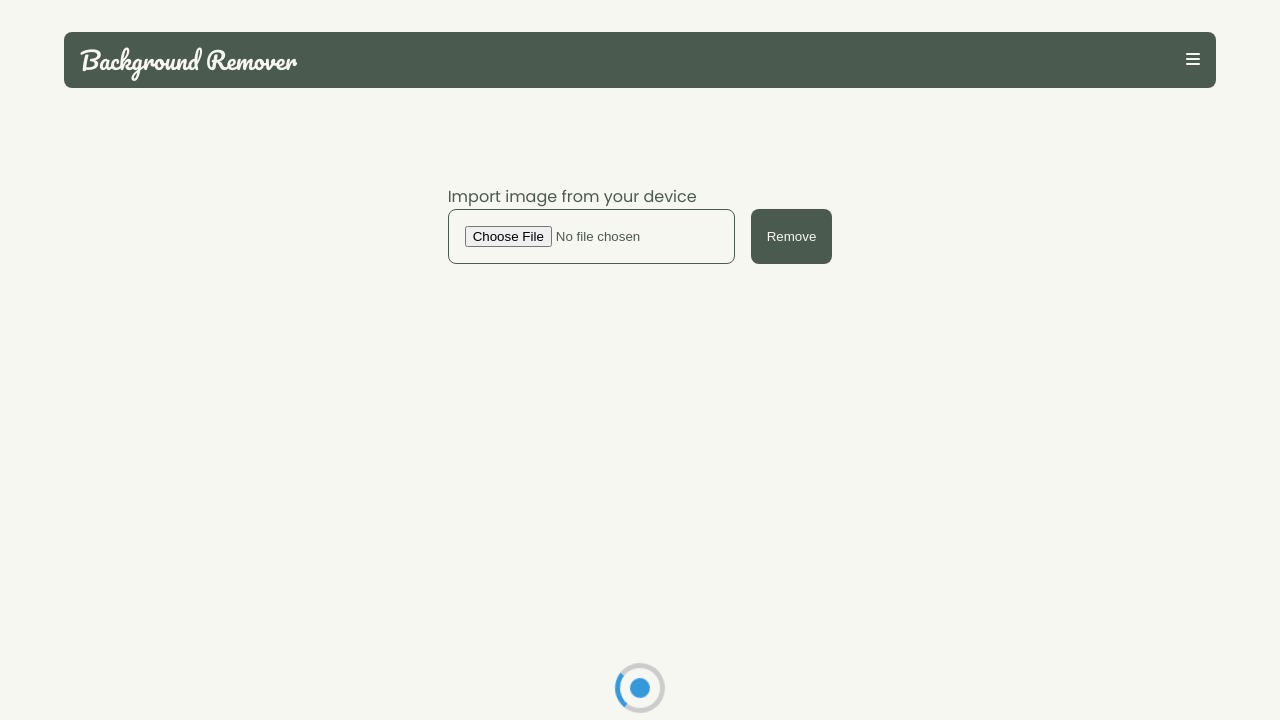
Repository: Oyasikelly/backgroundremover
Page: /
These files come from the project's save history. The page is drawn as it stood at one moment and after the next save; the edit follows.
The browser window is 1280 px wide. The pictures show the whole page.
An inner scrolling area shows only its first screen. Some web libraries are served in a nearby version. The project was rebuilt for these pictures with package versions that can differ from the ones it lists, and the page was loaded fresh each time. Also part of the build but not shown: vite.config.js, src/Components/SavedImages.jsx.

Above is the page before, as saved 2024-12-18 13:30:07.

After the next save:
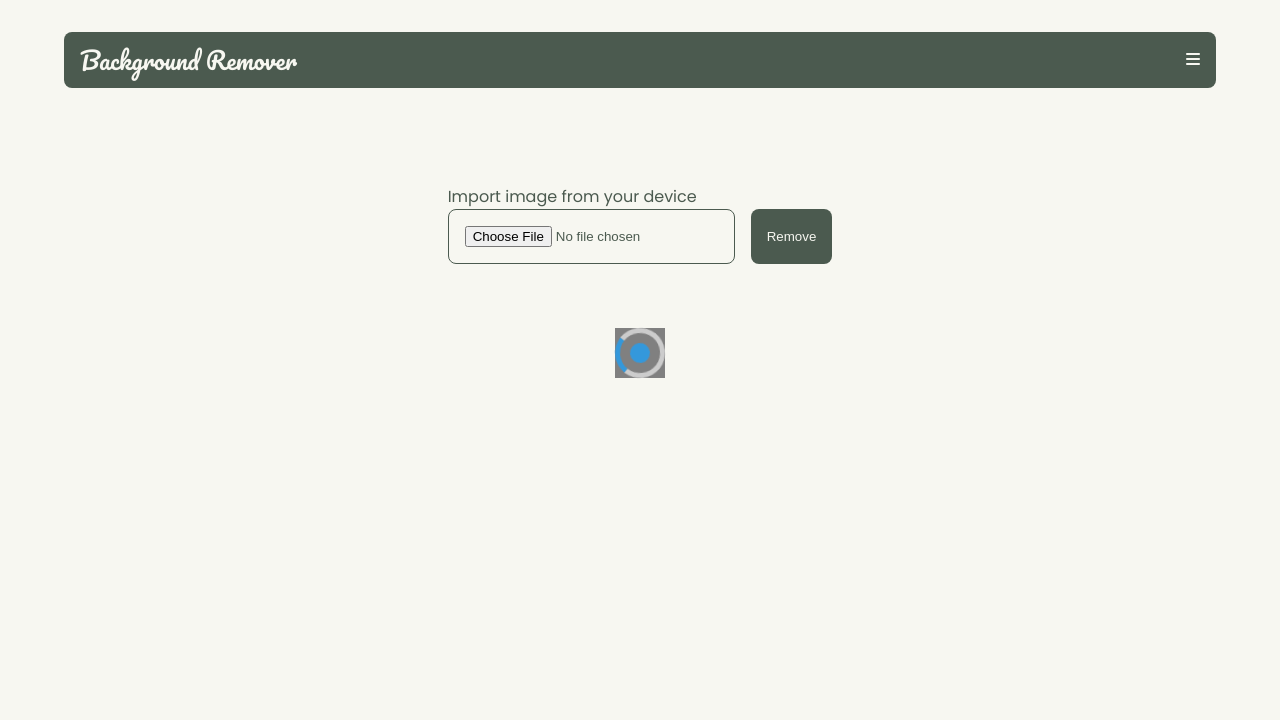
Saved 67 s later.
--- a/src/Components/Loading.jsx
+++ b/src/Components/Loading.jsx
@@ -24,7 +24,8 @@ const styles = {
     display: 'flex',
     justifyContent: 'center',
     alignItems: 'center',
-    height: '100vh', // Full screen height
+    height: '100%', // Full screen height
+    backgroundColor:"gray"
   },
   spinner: {
     width: '50px',
